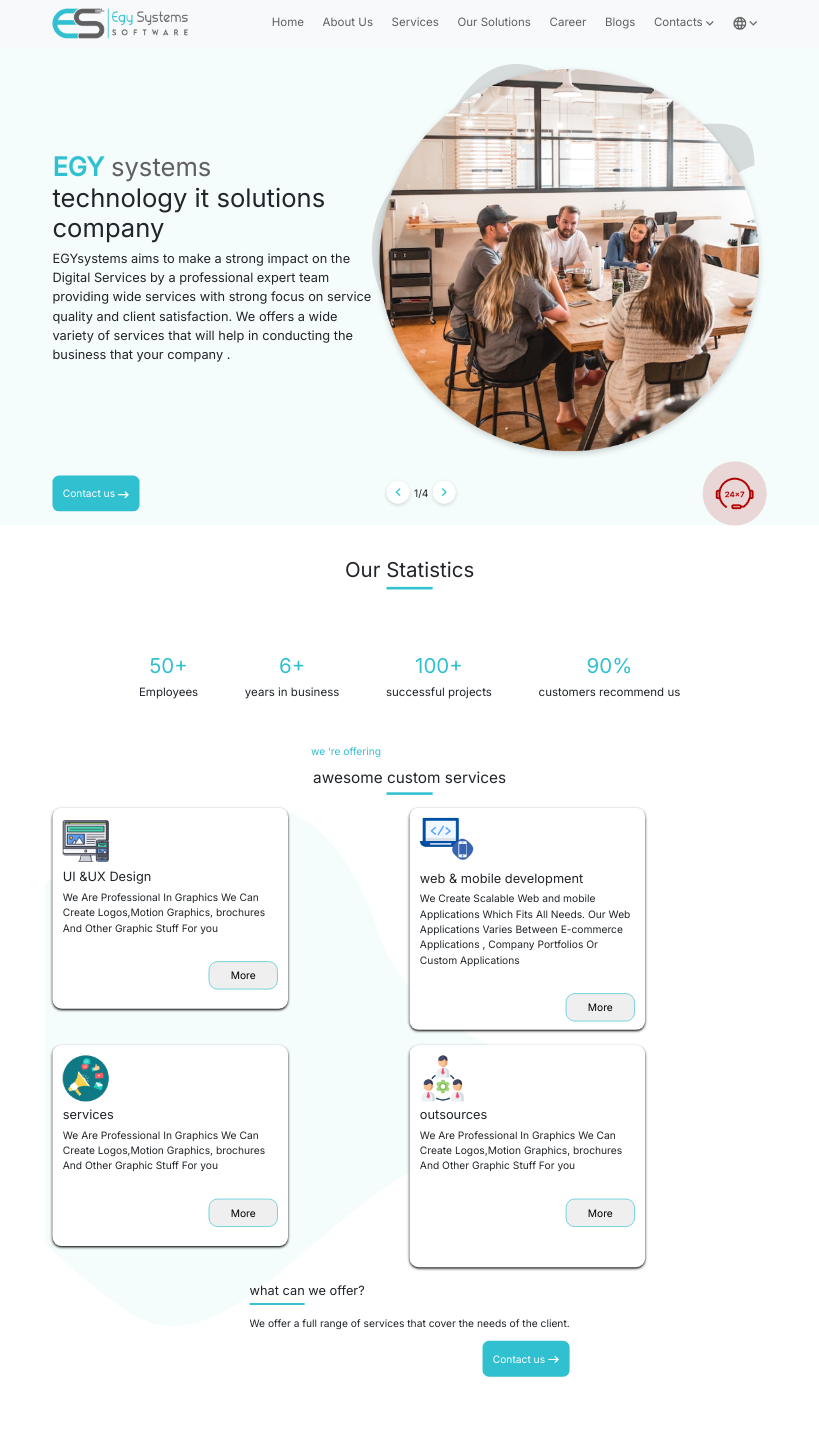
Repository: hamdyAbdelazeim/Egysystem-Home
Page: index.html
These files come from the project's save history. The page is drawn as it stood at one moment and after the next save; the edit follows.
The browser window is 1280 px wide. The pictures show the whole page, at 64% of full size.

Above is the page before, as saved 2023-07-13 16:31:55.

After the next save:
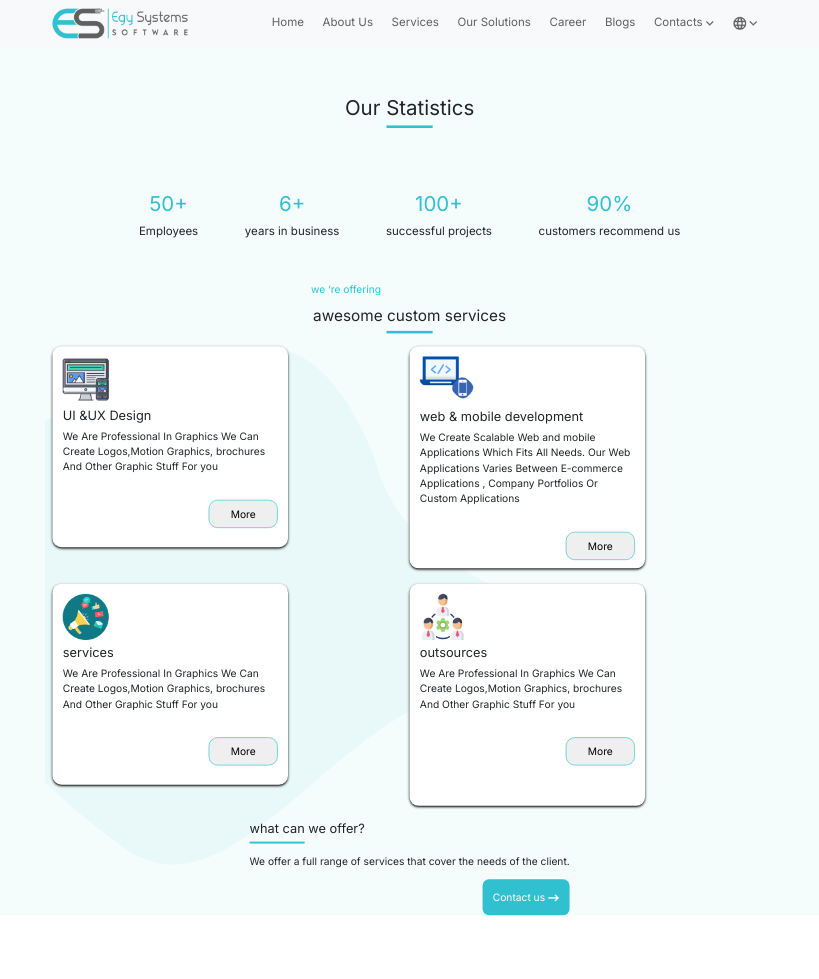
Saved 3 min 13 s later.
--- a/index.html
+++ b/index.html
@@ -83,6 +83,8 @@
     <!-- Ending Navbar  -->
     <!-- Home section  -->
     <div class="Home" id="Home">
+      <div class="owl-carousel">
+
       <div
         class="container Home-up d-flex justify-content-center align-items-center"
       >

After the 2 saves that followed:
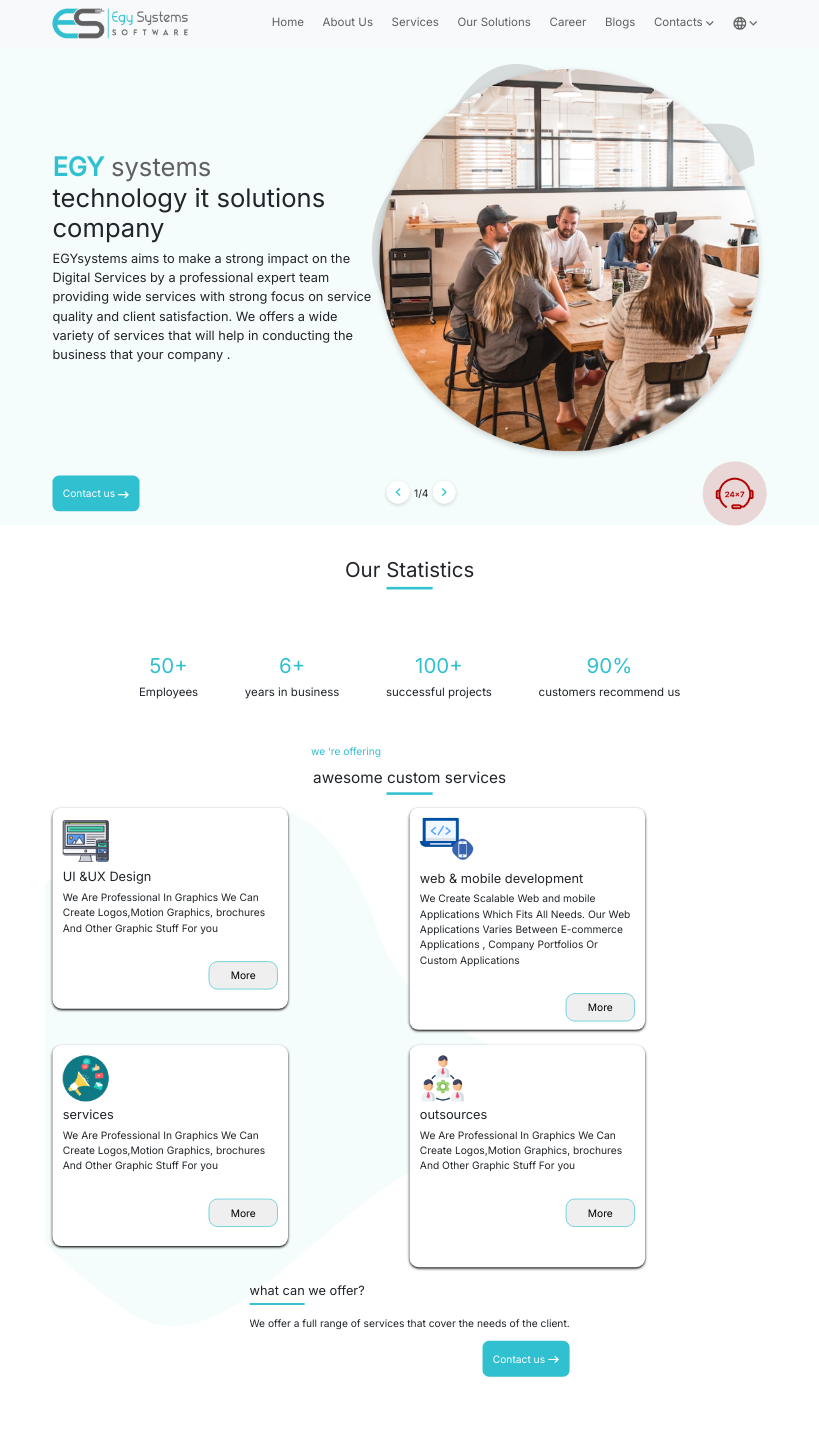
The 2 saves are shown as one change because they came seconds apart.
The last was saved 5 s later.
--- a/index.html
+++ b/index.html
@@ -85,6 +85,7 @@
     <div class="Home" id="Home">
       <div class="owl-carousel">
 
+      </div>
       <div
         class="container Home-up d-flex justify-content-center align-items-center"
       >
